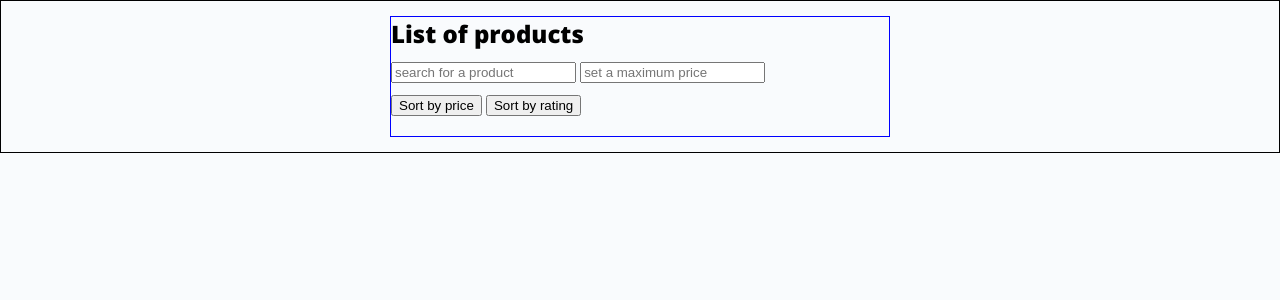
Repository: andrii1/hyf-homework
Page: javascript/javascript2/week2/hyf-bay/index.html
An editor plug-in stored every save of this project. The page is shown before and after the next save, followed by the edit.
The browser window is 1280 px wide. The pictures show the whole page.

Above is the page before, as saved 2022-07-06 12:18:48.

After the next save:
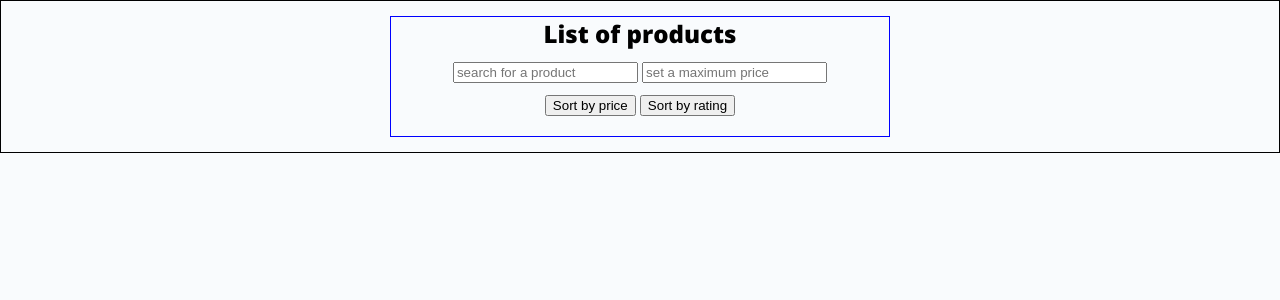
Saved 111 s later.
--- a/javascript/javascript2/week2/hyf-bay/main.css
+++ b/javascript/javascript2/week2/hyf-bay/main.css
@@ -29,7 +29,7 @@ main {
 .box-products {
   width: 500px;
   border: 1px solid blue;
-  align: center
+  text-align: center
 }
 
 form {
